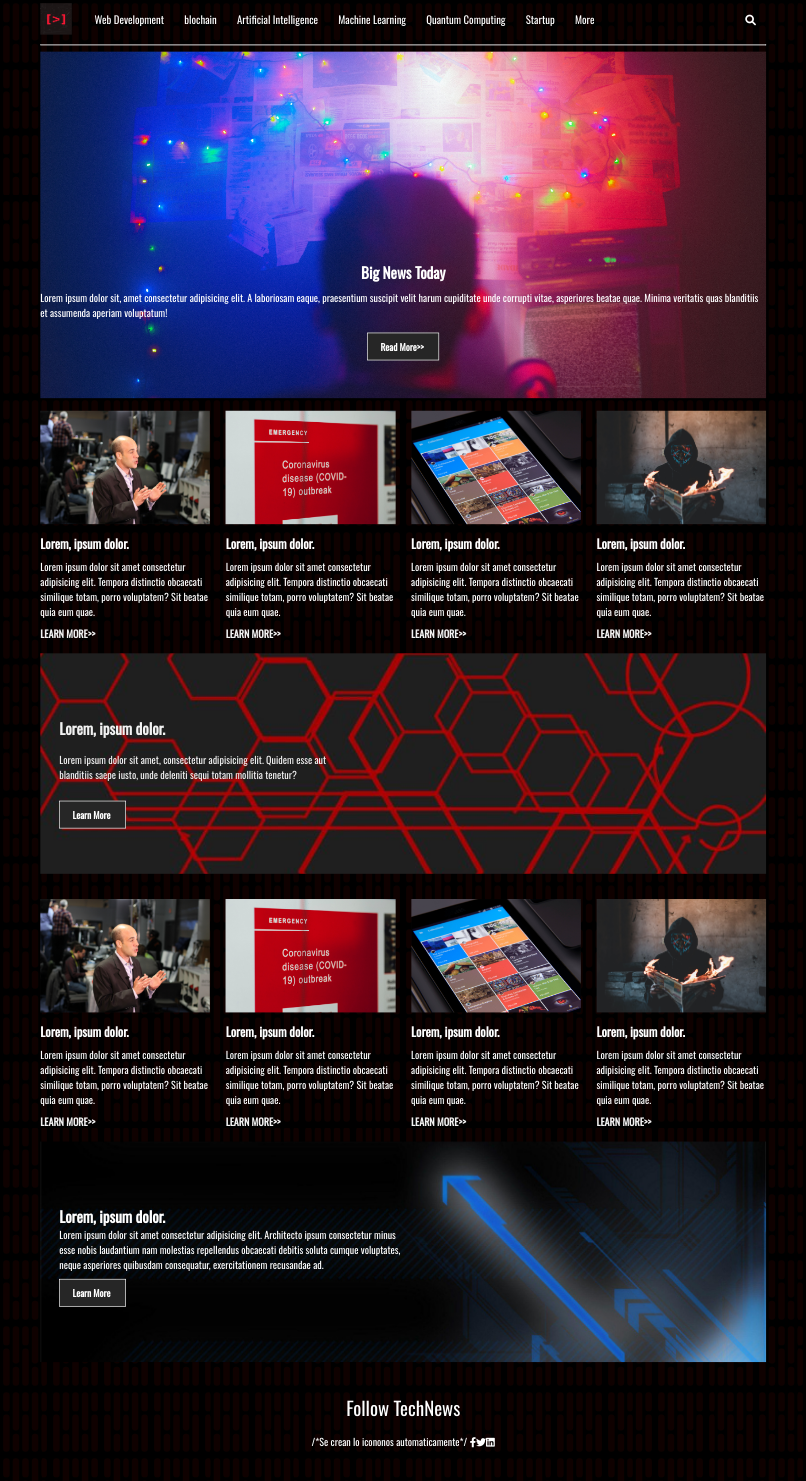
Repository: NickArregoces/News_Web
Page: index.html
These files come from the project's save history. The page is drawn as it stood at one moment and after a run of saves; the edit follows.
The browser window is 1280 px wide. The pictures show the whole page, at 63% of full size.

Above is the page before, as saved 2021-12-24 20:09:29.

### index.html
<!DOCTYPE html>
<html lang="en">
<head>
    <meta charset="UTF-8">
    <meta http-equiv="X-UA-Compatible" content="IE=edge">
    <meta name="viewport" content="width=device-width, initial-scale=1.0">
    <title>TechNews</title>
    <!--FONT AWESOME-->
    <link rel="stylesheet" href="https://cdnjs.cloudflare.com/ajax/libs/font-awesome/6.0.0-beta3/css/all.min.css">

    <link rel="stylesheet" href="style.Css">
    <!--Oswald FONTS-->
    <link rel="preconnect" href="https://fonts.googleapis.com">
<link rel="preconnect" href="https://fonts.gstatic.com" crossorigin>
<link href="https://fonts.googleapis.com/css2?family=Oswald:wght@200;300;400&display=swap" rel="stylesheet">
</head>
<body>

    <div class="container">

        <nav class ="nav-main">
            <img src="img/brand.png" alt="" class="nav-brand">

            <ul class="nav-menu">
                <li>
                    <a href="#">Web Development</a>
                </li>
                <li>
                    <a href="#">blochain</a>
                </li>
                <li>
                    <a href="#">Artificial Intelligence</a>
                </li>
                <li>
                    <a href="#">Machine Learning</a>
                </li>
                <li>
                    <a href="#">Quantum Computing</a>
                </li>
                <li>
                    <a href="#">Startup</a>
                </li>
                <li>
                    <a href="#">More</a>
                </li>
            </ul>
            <ul class="nav-menu-right">
                <li>
                    <a href="">
                        <i class="fas fa-search"></i>
                    </a>
                </li>
            </ul>
        </nav>
        <hr> <!--Crea una linea -->


        <!--Showcase=Imagen pricnipal-->
        <header class="showcase">
            <h2>Big News Today</h2>
            <p>Lorem ipsum dolor sit, amet consectetur adipisicing elit. A laboriosam eaque, praesentium suscipit velit harum cupiditate unde corrupti vitae, asperiores beatae quae. Minima veritatis quas blanditiis et assumenda aperiam voluptatum!</p>
        <!--lorem30 te crea 30 palabras-->
            <a class="btn" href="#">Read More>> <i class="fas fa-angles-double-right"></i></a>
        </header>

        <!--NEWS CARDS(COLUMNAS)-->
        <div class="news-cards">
            <div class="">
                <img src="img/news1.jpg" alt="News 1">
                <h3>Lorem, ipsum dolor.</h3>
                <p>Lorem ipsum dolor sit amet consectetur adipisicing elit. Tempora distinctio obcaecati similique totam, porro voluptatem? Sit beatae quia eum quae.</p>
                <a href="">Learn More>><i class="fas fa-amgle-dpuble-right"></i></a>
            </div>
            <div class="">
                <img src="img/news2.jpg" alt="News 2">
                <h3>Lorem, ipsum dolor.</h3>
                <p>Lorem ipsum dolor sit amet consectetur adipisicing elit. Tempora distinctio obcaecati similique totam, porro voluptatem? Sit beatae quia eum quae.</p>
                <a href="">Learn More>><i class fas fa-amgle-dpuble-right></i></a>
            </div>
            <div class="">
                <img src="img/news3.jpg" alt="News 3">
                <h3>Lorem, ipsum dolor.</h3>
                <p>Lorem ipsum dolor sit amet consectetur adipisicing elit. Tempora distinctio obcaecati similique totam, porro voluptatem? Sit beatae quia eum quae.</p>
                <a href="">Learn More>><i class="fas fa-amgle-dpuble-right" ></i></a>
            </div>
            <div class="">
                <img src="img/news4.jpg" alt="News 4">
                <h3>Lorem, ipsum dolor.</h3>
                <p>Lorem ipsum dolor sit amet consectetur adipisicing elit. Tempora distinctio obcaecati similique totam, porro voluptatem? Sit beatae quia eum quae.</p>
                <a href="">Learn More>><i class="fas fa-amgle-dpuble-right"></i></a>
            </div>
        </div>

        <div>

            <section class="cards-banner-one">
                <div class="content">
                    <h2>Lorem, ipsum dolor.</h2>
                    <p>Lorem ipsum dolor sit amet, consectetur adipisicing elit. Quidem esse aut blanditiis saepe iusto, unde deleniti sequi totam mollitia tenetur?</p>
                    <a href="#" class="btn">Learn More <i class="fas fa-amgle-dpuble-right"></i></a>
                </div>

            </section>

            <!--NEWS CARDS(COLUMNAS)-->
        <div class="news-cards">
            <div class="">
                <img src="img/news1.jpg" alt="News 1">
                <h3>Lorem, ipsum dolor.</h3>
                <p>Lorem ipsum dolor sit amet consectetur adipisicing elit. Tempora distinctio obcaecati similique totam, porro voluptatem? Sit beatae quia eum quae.</p>
                <a href="">Learn More>><i class="fas fa-amgle-dpuble-right"></i></a>
            </div>
            <div class="">
                <img src="img/news2.jpg" alt="News 2">
                <h3>Lorem, ipsum dolor.</h3>
                <p>Lorem ipsum dolor sit amet consectetur adipisicing elit. Tempora distinctio obcaecati similique totam, porro voluptatem? Sit beatae quia eum quae.</p>
                <a href="">Learn More>><i class fas fa-amgle-dpuble-right></i></a>
            </div>
            <div class="">
                <img src="img/news3.jpg" alt="News 3">
                <h3>Lorem, ipsum dolor.</h3>
                <p>Lorem ipsum dolor sit amet consectetur adipisicing elit. Tempora distinctio obcaecati similique totam, porro voluptatem? Sit beatae quia eum quae.</p>
                <a href="">Learn More>><i class="fas fa-amgle-dpuble-right" ></i></a>
            </div>
            <div class="">
                <img src="img/news4.jpg" alt="News 4">
                <h3>Lorem, ipsum dolor.</h3>
                <p>Lorem ipsum dolor sit amet consectetur adipisicing elit. Tempora distinctio obcaecati similique totam, porro voluptatem? Sit beatae quia eum quae.</p>
                <a href="">Learn More>><i class="fas fa-amgle-dpuble-right"></i></a>
            </div>
        </div>

        <section class="cards-banner-two">
            <div class="content">
                <h2>Lorem, ipsum dolor.</h2>
                <p>Lorem ipsum dolor sit amet consectetur adipisicing elit. Architecto ipsum consectetur minus esse nobis laudantium nam molestias repellendus obcaecati debitis soluta cumque voluptates, neque asperiores quibusdam consequatur, exercitationem recusandae ad.</p>
                <a href="#" class="btn">Learn More <i class="fas fa-angles-double-right"></i> </a>
            </div>
        </section>

        <section class="social">

                <p> Follow TechNews</p>
                <div class="links">
                    <a href="#">/*Se crean lo icononos automaticamente*/
                        <i class="fab fa-facebook-f"></i>
                    </a>
                <a href="#">
                    <i class="fab fa-twitter"></i>
                </a>
                <a href="#">
                    <i class="fab fa-linkedin"></i>
                </a>

                </div>

        </section>



        </div>

    </div>


</body>
</html>

### style.Css
*{
    box-sizing: border-box;
    margin: 0;
    padding: 0;
}

body{
    background:#000000;
    color:#ffff;
    background-color: #000000;
    background-image: url("data:[embedded picture, 663 characters]");
    color:#1e272e;
    font-size: 16px;
    font-family: 'Oswald', sans-serif;
}

a{
    color: #ffff;
    text-decoration: none;
}

ul{
    list-style: none;
}
.container{
    width: 90%;/*responsive*/
    margin: auto;
    color: #ffff;/*MIO*/
}
/*Navigation*/
.nav-main{
    font-size: 17px;
    display: flex;/*Elememnto al lado de otro*/
    justify-content: space-between;
    align-items: center;
    height: 60px;
    padding: 20px 0px;
}
.nav-brand{
    width: 50px;
}

/*Nav Left*/
.nav-main ul{
    display:flex;
}

.nav-main ul li{
    padding: 10px;
}

.nav-main ul li a{
    padding: 6px;
}

.nav-main ul li a:hover {
    border-bottom: 2px solid #ffffff;
}
.nav-main ul.nav-menu{
    flex:1;
    margin-left: 20px;
}

/*Showcase*/
hr{
    margin:10px 0px;
}
.showcase{
    width: 100%;
    height: 550px;
    /*Arreglar img */
    background: url(/img/showcase2.jpg) no-repeat center center/cover;
    padding-bottom: 50px;
    margin-bottom: 20px;/*Margen interna*/
    display:flex;
    flex-direction: column;
    align-items: center;/*centrar P*/
    justify-content: flex-end; /*p al final*/
}

.btn{
    cursor: pointer;
    display: inline-block;
    border: 0;
    font-weight: bold;
    padding: 10px 20px;
    background: #262626;
    color:#ffffff;
    font-size: 15px;
    border: 1px solid #ffff;
    margin:10px 0px;
}

.btn:hover{
    opacity: 0.7;
}

.showcase h2,
.showcase p{
    margin-bottom: 10px;
}

/*News CARS*/
.news-cards{
    display: grid;
    grid-template-columns: 1fr 1fr 1fr 1fr;/*4 columnas*/
    gap: 25px;/*espaciado card*/
    margin: 10px 0;
}

.news-cards img{
    width:100%;
    height:  180px;
}

.news-cards h3{
    font-size: 20px;
    margin:  10px 0;

}

.news-cards a{
    padding: 10px 0;
    color: #f2f2f2;
    text-transform: uppercase;
    display: inline-block;
    font-weight: bold;
}

.news-cards a:hover{
    text-decoration: underline; /*Line debajo*/
}

/*Cards-banner-one*/

.cards-banner-one {
    width: 100%;
    height: 350px;
    background: url(./img/tech-red.jpg) no-repeat center/cover;;
    margin-bottom: 40px;
}
.cards-banner-one .content{
    width: 40%;
    padding: 90px 0 0 30px;
    color: #f2f2f2;
}

.cards-banner-one p,
.cards-banner-one h2{
    margin: 10px 0 20px 0;
}

/*CARDS BANNER TWO*/

.cards-banner-two{
    background: url(./img/image-five.jpg) no-repeat center/cover;
    width: 100%;
    height: 350px;
}

.cards-banner-two .content{
    width: 50%;
    padding: 100px 0 0 30px;
}

/*Social*/
.social{
    margin: 50px;
}

.social p{
    text-align: center;
    font-size: 30px;
    margin-bottom: 20px;
}

.links{
    display: flex;
    align-items: center;
    justify-content: center;
}

After the next 2 saves:
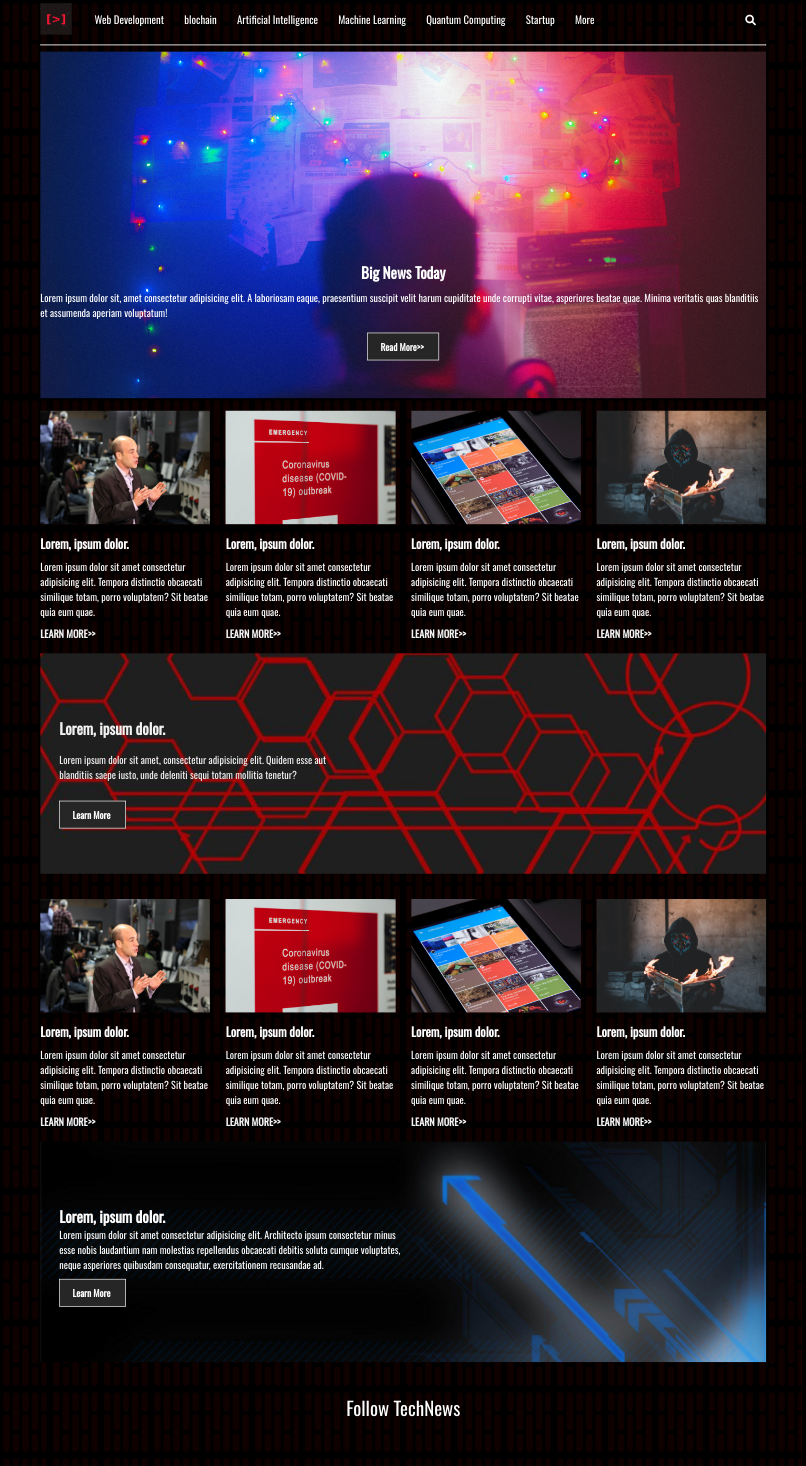
The 2 saves are shown as one change because they came seconds apart.
The last was saved 19 s later.
--- a/index.html
+++ b/index.html
@@ -142,7 +142,7 @@
 
                 <p> Follow TechNews</p>
                 <div class="links">
-                    <a href="#">/*Se crean lo icononos automaticamente*/
+                    <a href="#"><!--Se crean lo icononos automaticamente*/
                         <i class="fab fa-facebook-f"></i>
                     </a>
                 <a href="#">
